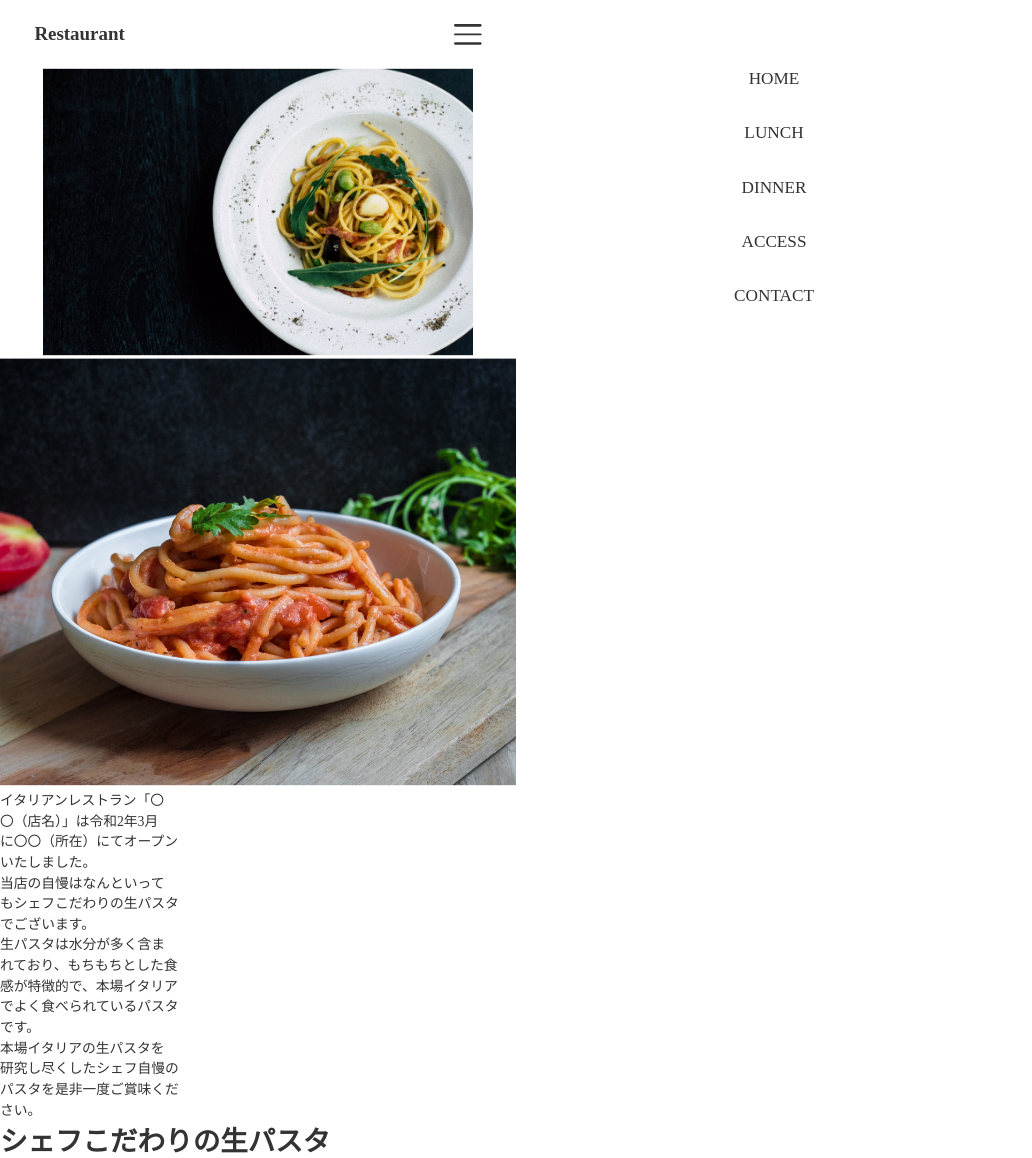
Repository: konatsu-0806/demo-site
Page: FromFigma/index.html
The author's editor kept a copy of each file at every save. The page is drawn from the files as they stood at one save, then again after the next save.
The browser window is 600 px wide. The page is 1200 px wide, so the pictures cover 1200 px, including what lies to the right of the window. The pictures show the whole page, at 86% of full size.

Above is the page before, as saved 2023-02-08 17:03:35.

After the next save:
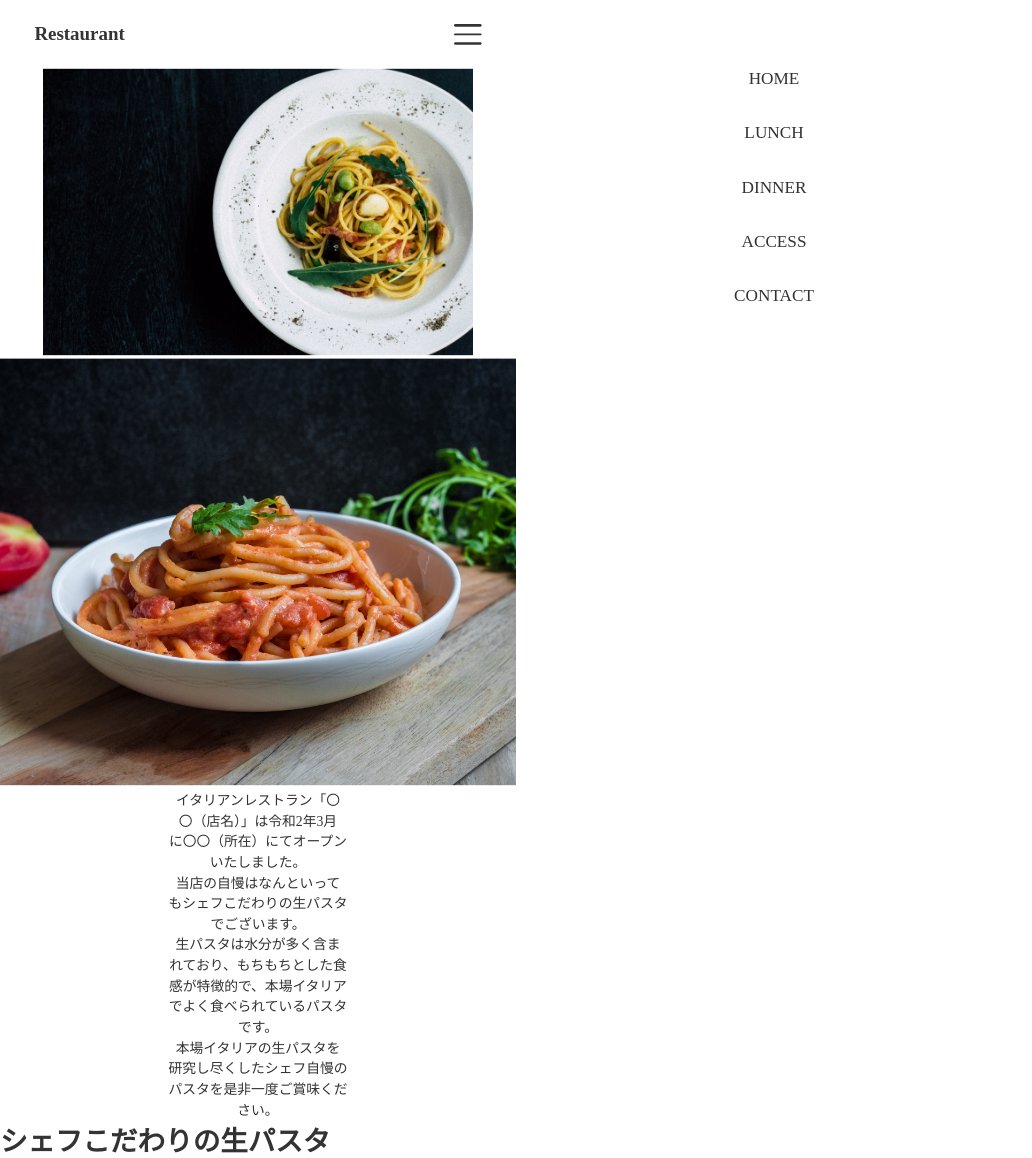
Saved 38 s later.
--- a/FromFigma/css/style.css
+++ b/FromFigma/css/style.css
@@ -112,3 +112,39 @@ img {
 .main_visual {
     margin: 0 50px;
 }
+
+.contents {
+    width: 100%;
+    max-width: 1200px;
+    margin: auto;
+}
+.contents img {
+    width: 100%;
+}
+.text-center {
+    text-align: center;
+}
+.flexbox {
+    display: flex;
+}
+.box1 {
+    width: 55%;
+    margin: auto;
+}
+.box2 {
+    width: 45%;
+    margin: auto .5rem;
+}
+@media screen and (max-width: 767px) {
+    .flexbox {
+        display: block;
+    }
+    .flexbox .box1 {
+        width: 100%;
+        margin: 0 auto;
+    }
+    .flexbox .box2 {
+        width: 100%;
+        margin: 0 auto;
+    }
+}
